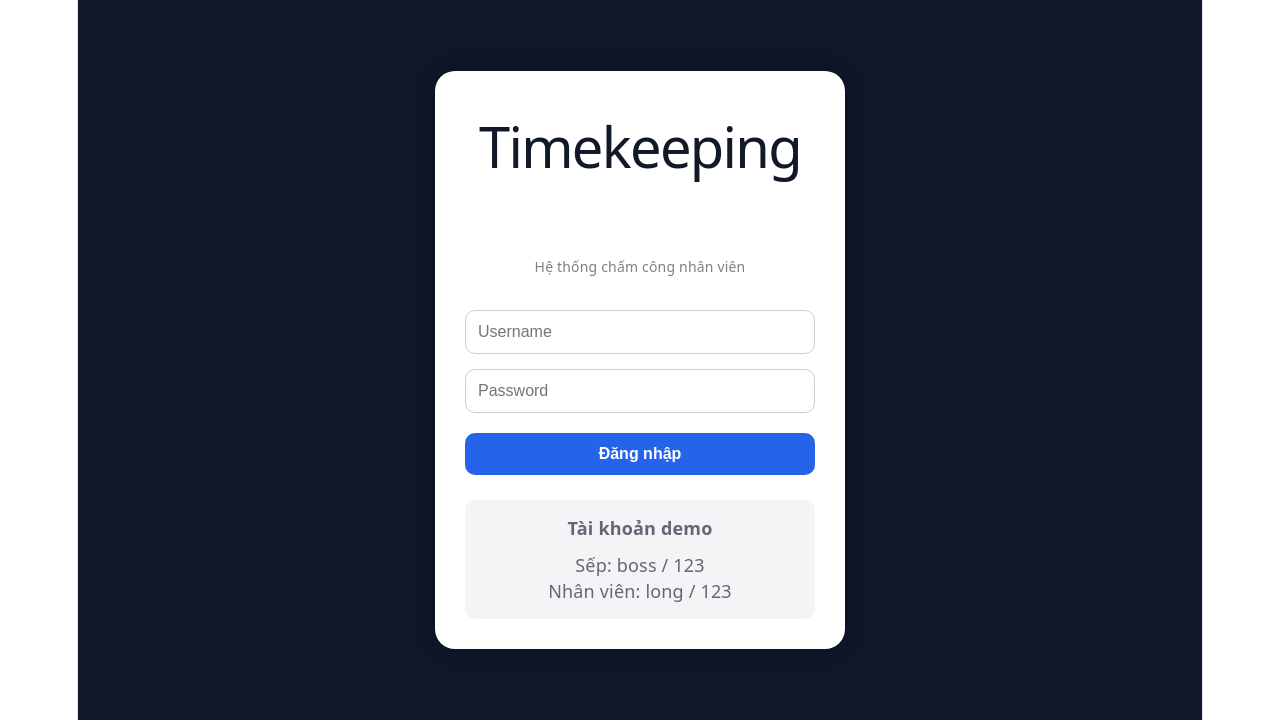
Repository: lgitacc01/timekeeping
Page: / (app in frontend/)
The author's editor kept a copy of each file at every save. The page is drawn from the files as they stood at one save, then again after the next save.
The browser window is 1280 px wide. The pictures show the whole page.
The project was rebuilt for these pictures with package versions that can differ from the ones it lists, and the page was loaded fresh each time. Also part of the build but not shown: frontend/vite.config.js, frontend/src/pages/EmployeeDashboard.jsx, frontend/src/pages/ManagerDashboard.jsx.

Above is the page before, as saved 2026-05-25 22:30:46.

After the next save:
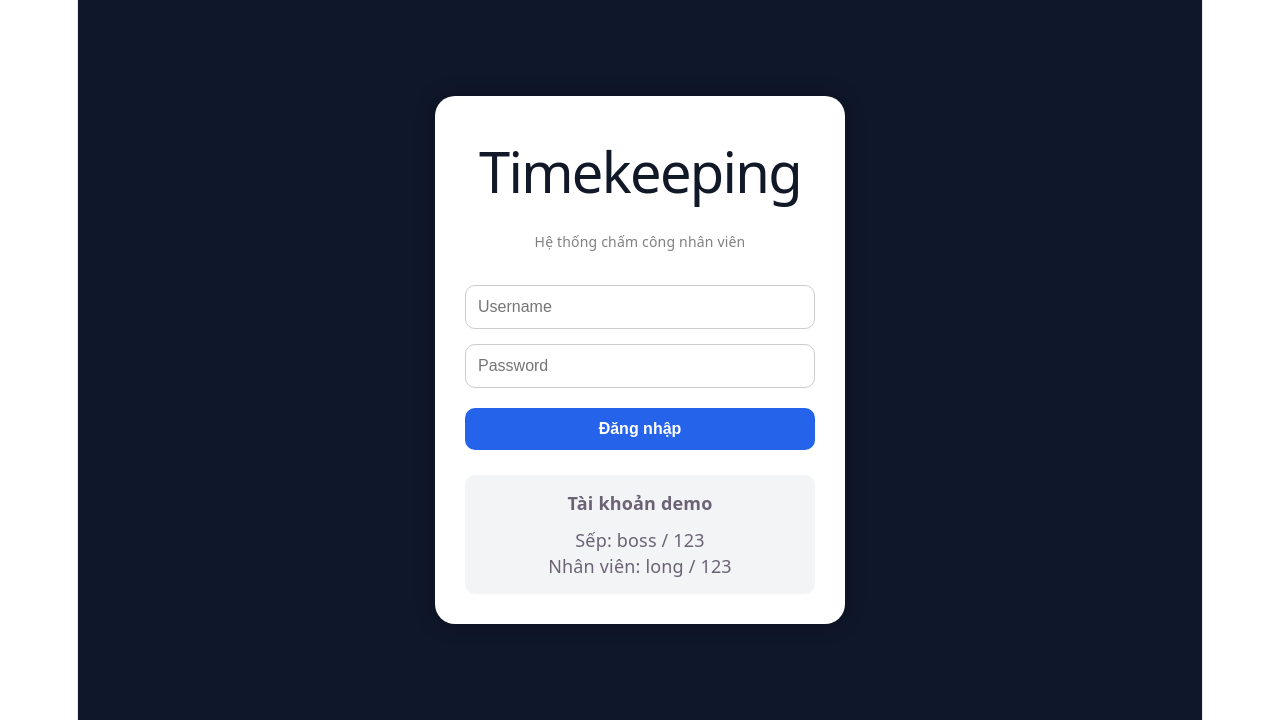
Saved 4 s later.
--- a/frontend/src/pages/Login.jsx
+++ b/frontend/src/pages/Login.jsx
@@ -66,7 +66,7 @@ function Login() {
                 <h1
                     style={{
                         textAlign: "center",
-                        marginBottom: 100,
+                        marginBottom: 50,
                         color: "#111827"
                     }}
                 >
